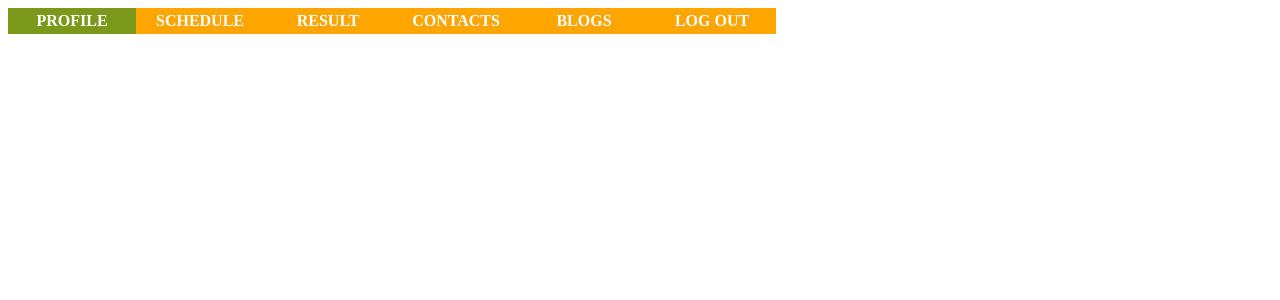
Repository: feefifofannie/SapientNitroTraining
Page: WebProject/WebContent/PortalExercise/index.html
These files come from the project's save history. The page is drawn as it stood at one moment and after the next save; the edit follows.
The browser window is 1280 px wide. The pictures show the whole page.
The pointer rests on the first visible `a`.

Above is the page before, as saved 2015-09-15 07:20:42.

### WebProject/WebContent/PortalExercise/index.html
<!DOCTYPE html>
<html>
<head>
<title>Project</title>
<meta name="viewport" content="width=device-width, initial-scale=1.0">
<style>
ul {
	list-style-type: none;
	margin: 0;
	padding: 0;
	overflow: hidden;
}

li {
	float: left;
}

a:link,a:visited {
	display: block;
	width: 120px;
	font-weight: bold;
	color: #FFFFFF;
	background-color: orange;
	text-align: center;
	padding: 4px;
	text-decoration: none;
	text-transform: uppercase;
}

a:hover,a:active {
	background-color: #7A991A;
}
</style>
</head>
<body>
	<ul>
		<li><a href="#home">Profile</a></li>
		<li><a href="#news">Schedule</a></li>
		<li><a href="#contact">Result</a></li>
		<li><a href="#about">Contacts</a></li>
		<li><a href="#about">Blogs</a></li>
		<li><a href="#about">Log Out</a></li>
	</ul>
	<script src="http://code.jquery.com/jquery.js"></script>
</body>
</html>

After the next save:
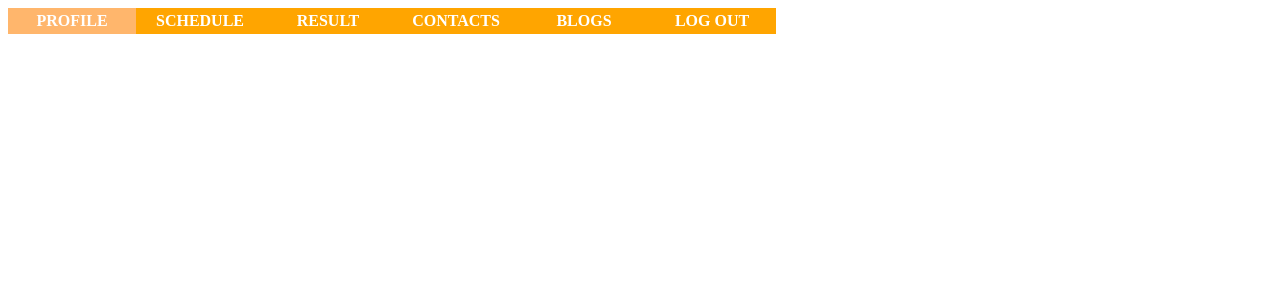
Saved 70 s later.
--- a/WebProject/WebContent/PortalExercise/index.html
+++ b/WebProject/WebContent/PortalExercise/index.html
@@ -28,7 +28,7 @@ a:link,a:visited {
 }
 
 a:hover,a:active {
-	background-color: #7A991A;
+	background-color: #ffb66c;
 }
 </style>
 </head>
